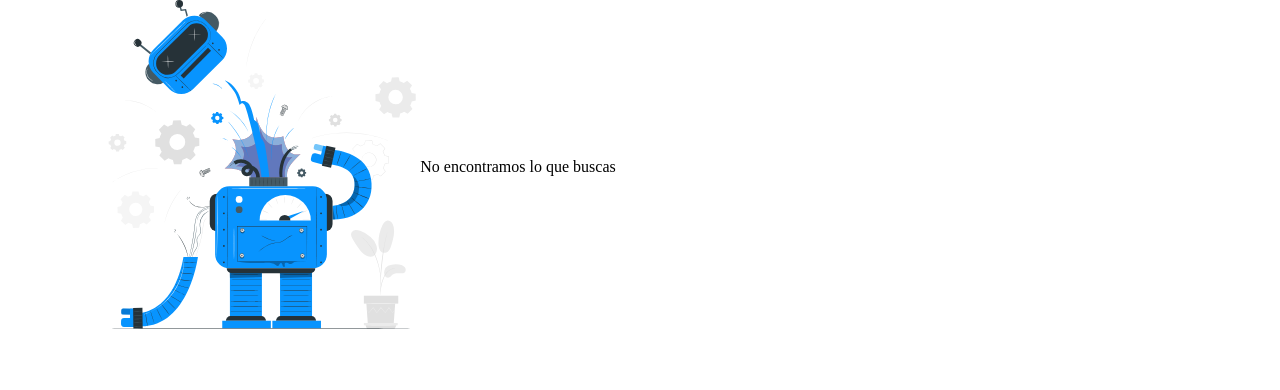
Repository: FabioMadrid/atlas_code
Page: 404.html
The author's editor kept a copy of each file at every save. The page is drawn from the files as they stood at one save, then again after the next save.
The browser window is 1280 px wide. The pictures show the whole page.
Some web fonts or font styles are not loaded; a fallback is used. Some web libraries are served in a nearby version.

Above is the page before, as saved 2021-01-13 12:17:33.

After the next save:
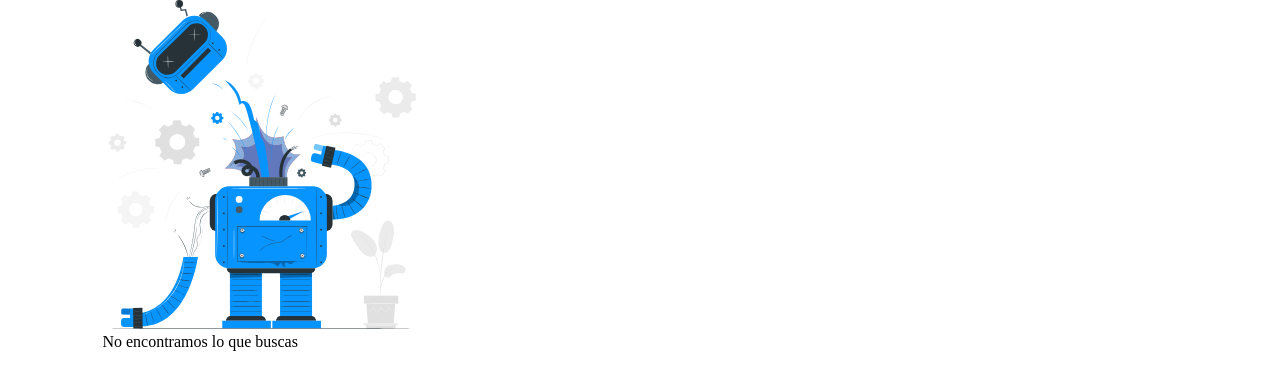
Saved 16 s later.
--- a/404.html
+++ b/404.html
@@ -10,9 +10,9 @@
     <link rel="stylesheet" href="https://atlas-home-colombia.s3.amazonaws.com/fonts/fonts.css">
     <title>Atlas Home</title>
 </head>
-<body style="display: flex;align-items: center;vertical-align: middle;">
+<body>
 
-    <div >
+    <div>
         <img src="/svg/robot_explotando.svg" alt="" >
     </div>
 
